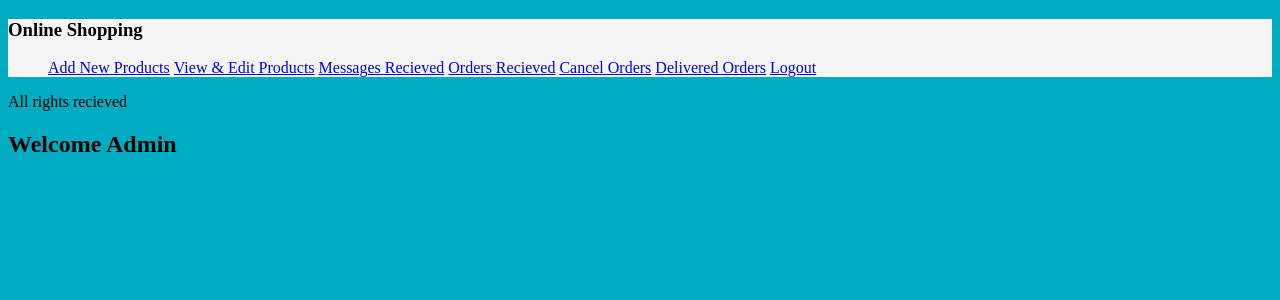
Repository: NidhiDaniel/E-Cart
Page: http://localhost/Online-Shopping-Cart/admin/adminhome.jsp
The author's editor kept a copy of each file at every save. The page is drawn from the files as they stood at one save, then again after the next save.
The browser window is 1280 px wide. The pictures show the whole page.
The page is served by Tomcat 9. Other server files are loaded and not shown.

Above is the page before, as saved 2024-01-05 07:56:45.

### Online-Shopping-Cart/src/main/webapp/admin/adminhome.jsp
<%@ page language="java" contentType="text/html; charset=ISO-8859-1"
    pageEncoding="ISO-8859-1"%>
    <%@include file="adminheader.jsp" %>
    <%@include file="../footer.jsp" %>
<!DOCTYPE html>
<html>
<head>
<meta charset="ISO-8859-1">
<title>Admin Home Page</title>
 <link rel="stylesheet" type="text/css" href="css/admin-home.css">
</head>

<body>
<div class="admin-container">
<h2>Welcome Admin</h2>
</div>
</body>
</html>

### Online-Shopping-Cart/src/main/webapp/admin/adminheader.jsp
<%@ page language="java" contentType="text/html; charset=ISO-8859-1"
	pageEncoding="ISO-8859-1"%>
<!DOCTYPE html>
<html>
<head>
<meta charset="ISO-8859-1">
<title>Insert title here</title>
<link rel="stylesheet" type="text/css" href="../css/header.css">
</head>
<body>
	<div class="header">
	   <h3>Online Shopping</h3>
		<ul>
			<li><a href="#"> Add New Products</a></li>
			<li><a href="#"> View & Edit Products</a></li>
			<li><a href="#"> Messages Recieved</a></li>
			<li><a href="#"> Orders Recieved</a></li>
			<li><a href="#"> Cancel Orders</a></li>
			<li><a href="#"> Delivered Orders</a></li>
			<li><a href="#"> Logout</a></li>
		</ul>

	</div>
</body>
</html>

### Online-Shopping-Cart/src/main/webapp/footer.jsp
<%@ page language="java" contentType="text/html; charset=ISO-8859-1"
    pageEncoding="ISO-8859-1"%>
<!DOCTYPE html>
<html>
<head>
<meta charset="ISO-8859-1">
<title>Insert title here</title>
</head>
<body>
<div class="footer">
<p>All rights recieved</p>
</div>
</body>
</html>

### Online-Shopping-Cart/src/main/webapp/css/header.css
@charset "ISO-8859-1";
body{
	background: #00ACC1;
}
.header{
	width: auto;
	height:auto;
	background: #f5f5f5;
}
.header ul li{
	list-style: none;
	display: inline-block;

}
.header ul li a{
	justify-content: space-between;
}

### Online-Shopping-Cart/src/main/webapp/css/admin-home.css
@charset "ISO-8859-1";
.admin-container h3{
	text-align: center;
	color: white;
	font-size: 100px;
}

After the next save:
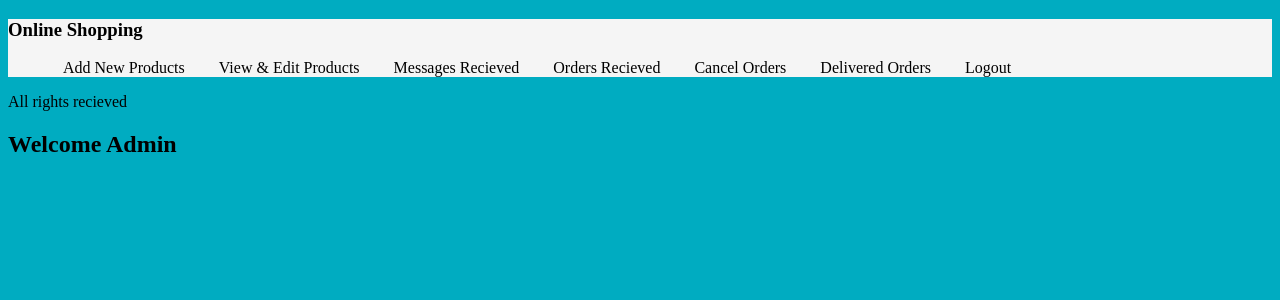
Saved 2 min 16 s later.
--- a/Online-Shopping-Cart/src/main/webapp/css/header.css
+++ b/Online-Shopping-Cart/src/main/webapp/css/header.css
@@ -13,5 +13,7 @@ body{
 
 }
 .header ul li a{
-	justify-content: space-between;
+	margin: 15px;
+    text-decoration: none;
+    color: black;
 }
